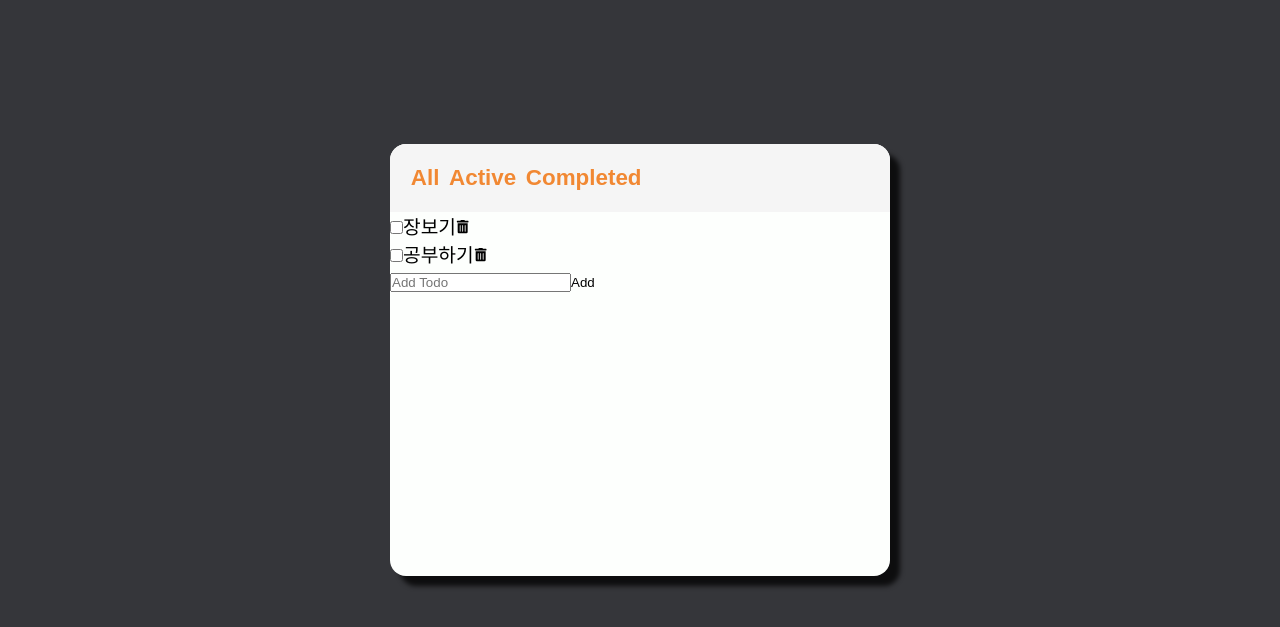
Repository: MrJinkyu/TodoList
Page: /
The author's editor kept a copy of each file at every save. The page is drawn from the files as they stood at one save, then again after the next save.
The browser window is 1280 px wide. The pictures show the whole page.
The project was rebuilt for these pictures with package versions that can differ from the ones it lists, and the page was loaded fresh each time.

Above is the page before, as saved 2023-05-01 14:41:44.

After the next save:
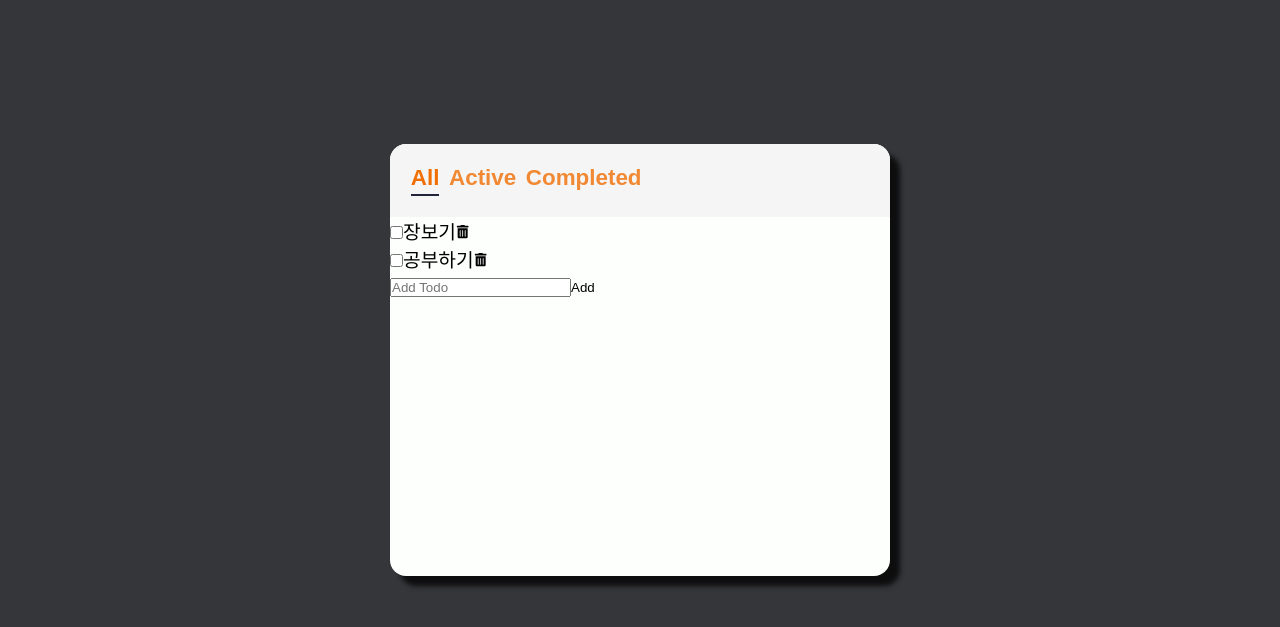
Saved 35 s later.
--- a/src/components/Header.jsx
+++ b/src/components/Header.jsx
@@ -9,7 +9,7 @@ export default function Header({filters, filter, onFilterChange}) {
                     <li key={index}>
                         <button
                             onClick={() => onFilterChange(value)}
-                            className={styles.filter}
+                            className={`${styles.filter} ${filter === value && styles.selected}`}
                         >
                             {value}
                         </button>
